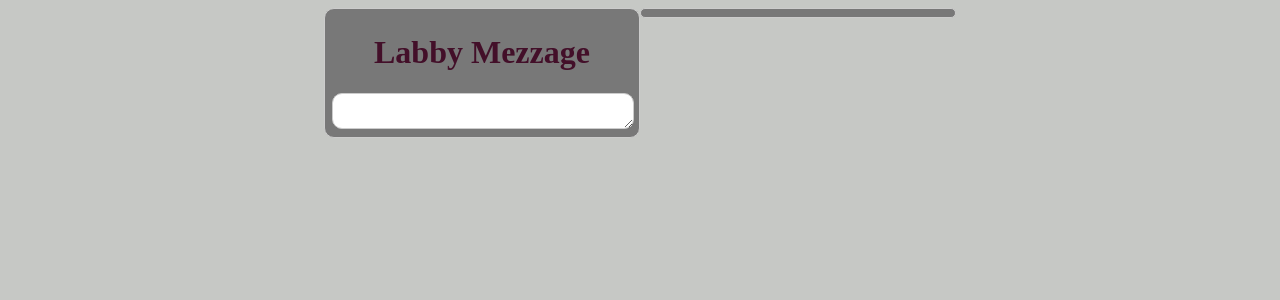
Repository: Angamanga/1dv403-laborationer
Page: 2-labbymezzage/index.html
The author's editor kept a record of every edit. The page is drawn from the files as they stood at one moment, then again after the next edit.
The browser window is 1280 px wide. The pictures show the whole page.
Some web fonts or font styles are not loaded; a fallback is used.

Above is the page before.
Console error: TypeError: MessageBoard.createBoard is not a function

### 2-labbymezzage/index.html
<!doctype html>
<html lang="sv">

<head>
    <meta charset="utf-8" />
    <title>Labby mezzage</title>
    <link href='//fonts.googleapis.com/css?family=Londrina+Outline|Raleway:400' rel='stylesheet' type='text/css'>
    <link rel="stylesheet" media="screen and (min-width:501px)" href="css/style.css">
    <link rel="stylesheet" media="screen and (max-width:500px)" href="css/mobile.css">
    <meta name="viewport" content="width=device-width, minimum-scale=1">
    <script src="js/MessageBoard.js"></script>
    <script src="js/message.js"></script>
    <script src="js/script.js"></script>


</head>

<body>
    <main>

            <div id="board1">
            </div>
            <div id="board2">
            </div>


    </main>
</body>
</html>

### 2-labbymezzage/css/style.css
/*@media screen and (min-width: 501px)*/
body {
    background: #C6C8C5;
    color: #430F29;
    font-family: 'Raleway', sans-serif;
}
main{
    max-width: 632px;
    margin:0 auto;
}
#board1, #board2  {
    width: 300px;
    text-align: center;
    background: #787878;
    color:black;
    border: 1px solid #ccc;
    -moz-border-radius: 10px;
    -webkit-border-radius: 10px;
    border-radius: 10px;
    padding: 4px 7px;
    -webkit-appearance: none;
}
#board1 h1, #board2 h1{
   font-family: 'Londrina Outline', cursive;
   color: #430F29;
}
#board1 {
    float:left;
}
#board2 {
    float:right;
}
.messageInput {
    width:290px;
    border: 1px solid #ccc;
    -moz-border-radius: 10px;
    -webkit-border-radius: 10px;
    border-radius: 10px;
    padding-left:5px;
    padding-right:5px;
    -webkit-appearance: none;
}
.messageInput:focus{
    border-color: #430F29;
}
.message{
    position:relative;
    width:290px;
    min-height:30px;
     border: 1px #C6C8C5;
     background:white;
    -moz-border-radius: 10px;
    -webkit-border-radius: 10px;
    border-radius: 10px;
    margin:3px;
    outline: 0;
    -webkit-appearance: none;
    font-size:0.6em;
       }
.text {
text-align:left;
padding:17px 54px 0 7px;
}
.time{
text-align:right;
padding:7px 7px 7px 0;
}
.submitDelete{
    position:absolute;
    right:7px;
    top:7px;
}
.submitEdit{
position:absolute;
    right:20px;
    top:7px;
}
.showDate{
    position:absolute;
    right:35px;
    top:7px;
}
.counterboard1, .counterboard2{
    font-size:0.7em;
    padding:0;
    margin:0 0 0 185px;
}
.submitMessage{
background:#C6C8C5;
color:#430F29;
text-shadow:none;
border-radius:200px;
font-size:14px;
padding:10px 70px;
text-transform:uppercase;
border:0;
box-shadow: none;
text-shadow:none;

}
.submitMessage:hover{
    background:#4F504F;
}

### 2-labbymezzage/js/MessageBoard.js
"use strict";

var MessageBoard = function(boardnb){
    this.boardnb = boardnb;
    this.messages = [];
};

 //funktion som skapar messageboard
   MessageBoard.prototype.createBoard = function(){

//skapar en header i div-taggen dar applikationen ska ligga
        var board = document.getElementById(this.boardnb);
        var header = document.createElement("header");
        var h1 = document.createElement("h1");
        h1.innerHTML = "Labby Mezzage";
        board.appendChild(header);
        header.appendChild(h1);
 //skapar en div att lagga meddelanden i
    var container = document.createElement("div");
        container.className = "container";
        board.appendChild(container);
    //skapar en plats for raknaren

        this.counter =  document.createElement("p");
        this.counter.className = "counter";
        board.appendChild(this.counter);

     //skapar en textarea att skriva meddelandet i
   var textarea = document.createElement("textarea");
    textarea.className = "messageInput";
     board.appendChild(textarea);
     //skapar en eventlyssnare som skapar ett meddelande (anropar funktionen submit) da anvandaren trycker pa enter och radbrytning da anvandaren trycker pa shift-enter
        textarea.onkeydown = function(e){
        if(e.keyCode == 13 && !e.shiftKey){
               this.submit();
               return false;
         }}.bind(this);

         this.messageInput = document.querySelector(".messageInput");

         //skapar en skrivknapp
        var inputButton = document.createElement("input");
        inputButton.type = "button";
        inputButton.value = "skriv";
        inputButton.className = "submitMessage";
    //skapar en eventlyssnare som skapar ett meddelande (anropar funktionen submit) da anvandaren trycker pa skrivknappen med musknappen
         inputButton.onclick = function(e){
         this.submit();
          return false;
         }.bind(this);

         };


    //funktion som skapar ett meddelande fran text skriven i textarean
    MessageBoard.prototype.submit = function(){
        var txt = this.messageInput.value;
        var msg = new Message(txt, new Date());
        this.messages.push(msg);
        this.counter.innerHTML = "Antal meddelanden: " + this.messages.length;
        this.renderMessages();
        this.messageInput.value="";
            };

    //funktion som tar bort ett meddelande
    MessageBoard.prototype.removeMessage = function(i){
        var a=window.confirm("Vill du verkligen radera meddelandet?");
                if(a===true){
        this.messages.splice(i,1);
        this.renderMessages();
        this.counter.innerHTML = "Antal meddelanden: " + this.messages.length;
            };
    };




    //funktion som tar bort alla meddelanden och sedan lagger till dom igen
    MessageBoard.prototype.renderMessages = function(){
                document.querySelector(".container").innerHTML="";
                for(var i=0;i<this.messages.length;++i){
                    this.renderMessage(i);
                    console.log(this.messages[i].getText());
                }};

    MessageBoard.prototype.renderMessage = function(messageID){
         //skapar div for ett meddelande med classname "messContainer"
        var container = document.querySelector(".container");
        var messContainer = document.createElement("div");
        messContainer.className = "message"+this.boardnb;
        container.appendChild(messContainer);
         //skapar en p-tagg som ska innahalla texten
        var textP = document.createElement("p");
        textP.setAttribute("class","text");
        messContainer.appendChild(textP);
        textP.innerHTML = this.messages[messageID].getHTMLtext();
        this.messages[messageID].getHTMLtext();
        //skapar en p-tagg som ska innehalla tiden
        var timeP = document.createElement("p");
        timeP.setAttribute("class","time");
        messContainer.appendChild(timeP);
        timeP.innerHTML = this.messages[messageID].getDate().toLocaleTimeString();
        //Skapar en lank och lagger till en bild som ska visa datum som en alertbox da man klickar pa bilden
        var linkTime=document.createElement("a");
        linkTime.setAttribute("src", "#");
        linkTime.setAttribute("class","showDate")
        var img1 = document.createElement("img");
        img1.setAttribute("src","pics/14.png");
        img1.setAttribute("alt","visa tid");
        messContainer.appendChild(linkTime);
        linkTime.appendChild(img1);
        var alertTime=this.messages[messageID].getDate();
        img1.onclick = function(){
        alert("Inlagget skapades den: " + alertTime);
            };
        //gor en lank och lagger till en bild som ska radera meddelandet om man klickar pa bilden
        var linkDelete=document.createElement("a");
        linkDelete.setAttribute("src", "#");
        linkDelete.setAttribute("class","submitDelete");
        var img2 = document.createElement("img");
        img2.setAttribute("src","pics/12.png");
        img2.setAttribute("alt","radera meddelande");
        messContainer.appendChild(linkDelete);
        linkDelete.appendChild(img2);
        //onclick-event som raderar ett meddelande
        img2.onclick = function(messageID){
        that.removeMessage(messageID);
                }
        //gor en lank och lagger till en bild for editering av meddelanden
        var edit=document.createElement("a");
        edit.setAttribute("src", "#");
        edit.setAttribute("class","submitEdit");
        var img3 = document.createElement("img");
        img3.setAttribute("src","pics/13.png");
        img3.setAttribute("alt","editera meddelande");
        messContainer.appendChild(edit);
        edit.appendChild(img3);
        //onclick-event som editerar ett meddelande
        img3.onclick = function(){
        var textbox = document.querySelector(".messageInput"+this.boardnb);
        textbox.value = that.messages[messageID].getHTMLtext();
         //skapar en andraknapp
        var changeButton = document.createElement("input");
        changeButton.type = "button";
        changeButton.value = "ändra";
        changeButton.className = "submitMessage";
        //skapar en eventlyssnare som skriven in den nya texten i ratt plats i arrayen mha metoden setText.
        changeButton.onclick = function(e){
            that.messages[messageID].setText(textbox.value);
            textbox.value = "";
            that.renderMessages();
            board.removeChild(changeButton);
            return false;
        }
        var board = document.getElementById(this.boardnb);
        board.appendChild(changeButton);
                }
              };


     MessageBoard.prototype.init = function(){
     MessageBoard.createBoard();
         };

### 2-labbymezzage/js/message.js
"use strict";

function Message(message, date){

	this.getText = function(){
		return message;
	}
	this.setText = function(_text){
		message = _text;
	}

	this.getDate = function(){
		return date;
	}
	this.setDate = function(_date){
		date = _date
	}
}

Message.prototype.toString = function() {
	return this.getText() + " (" + this.getDate() + " )";
};

Message.prototype.getHTMLtext = function() {
			return this.getText().replace(/\n/g, " <br> ");
};

### 2-labbymezzage/js/script.js
"use strict";

window.onload = function(){
    var board1 = new MessageBoard("board1");
    board1.createBoard(board1);
    var board2 = new MessageBoard("board2");
    board2.init();

};

### 2-labbymezzage/css/mobile.css
/*@media screen and (max-width: 500px)*/
/*@media screen and (min-width: 501px)*/
body {
    background: #C6C8C5;
    color: black;
    font-family: 'Raleway', sans-serif;
}

.board {
    width: 300px;
    margin: 0 auto;
    text-align: center;
    line-height: 1.8em;
    margin: 0 auto;
    background: #787878;
    border: 1px solid #ccc;
    -moz-border-radius: 10px;
    -webkit-border-radius: 10px;
    border-radius: 10px;
    padding: 4px 7px;
    outline: 0;
    -webkit-appearance: none;
}
.board h1{
   font-family: 'Londrina Outline', cursive;
}

.messageInput {
    width:290px;
    border: 1px solid #ccc;
    -moz-border-radius: 10px;
    -webkit-border-radius: 10px;
    border-radius: 10px;
     outline: 0;
    -webkit-appearance: none;
}
.messageInput:focus {
    border-color: #430F29;
}
.messages{
    width:290px;
     border: 1px #C6C8C5;
     background:white;
    -moz-border-radius: 10px;
    -webkit-border-radius: 10px;
    border-radius: 10px;
    margin:3px;
    outline: 0;
    -webkit-appearance: none;
    font-size:0.9em;
       }

.text {
float:left;
padding:0 4px 0 4px;
margin:0 4px 0 4px;
}
.time{
    float:right;
   padding:0 4px 0 4px;
margin:0 4px 0 4px;
}
a{

    display:inline-block;
}

.counter{
    font-size:0.7em;
    padding:0;
    margin:0 0 0 185px;

}
.submitMessage{
background:#C6C8C5;
color:#430F29;
text-shadow:none;
border-radius:200px;
font-size:14px;
padding:10px 70px;
text-transform:uppercase;
border:0;
box-shadow: none;
text-shadow:none;
}

After the next edit:
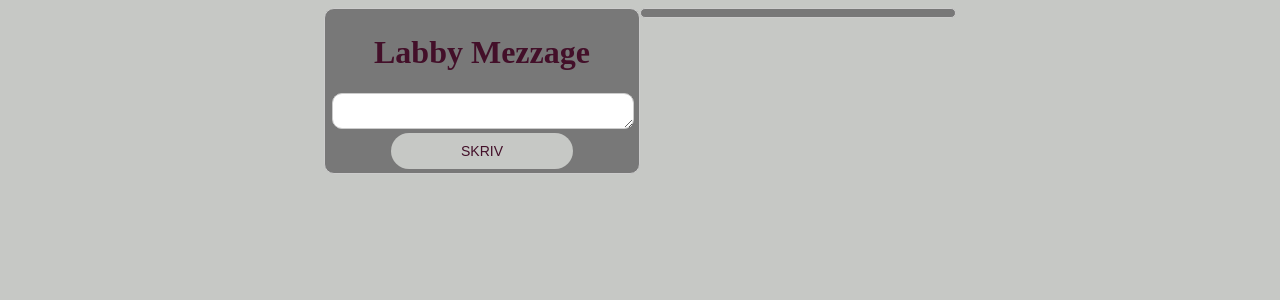
The edit:
--- a/2-labbymezzage/js/MessageBoard.js
+++ b/2-labbymezzage/js/MessageBoard.js
@@ -4,6 +4,17 @@
     this.boardnb = boardnb;
     this.messages = [];
 };
+
+//funktion som skapar ett meddelande fran text skriven i textarean
+    MessageBoard.prototype.submit = function(){
+        var txt = document.querySelector(".messageInput").value;
+        var msg = new Message(txt, new Date());
+        this.messages.push(msg);
+        this.counter.innerHTML = "Antal meddelanden: " + this.messages.length;
+        this.renderMessages();
+        this.messageInput.value="";
+            };
+
 
  //funktion som skapar messageboard
    MessageBoard.prototype.createBoard = function(){
@@ -43,6 +54,7 @@
         inputButton.type = "button";
         inputButton.value = "skriv";
         inputButton.className = "submitMessage";
+        board.appendChild(inputButton);
     //skapar en eventlyssnare som skapar ett meddelande (anropar funktionen submit) da anvandaren trycker pa skrivknappen med musknappen
          inputButton.onclick = function(e){
          this.submit();
@@ -52,15 +64,7 @@
          };
 
 
-    //funktion som skapar ett meddelande fran text skriven i textarean
-    MessageBoard.prototype.submit = function(){
-        var txt = this.messageInput.value;
-        var msg = new Message(txt, new Date());
-        this.messages.push(msg);
-        this.counter.innerHTML = "Antal meddelanden: " + this.messages.length;
-        this.renderMessages();
-        this.messageInput.value="";
-            };
+
 
     //funktion som tar bort ett meddelande
     MessageBoard.prototype.removeMessage = function(i){
